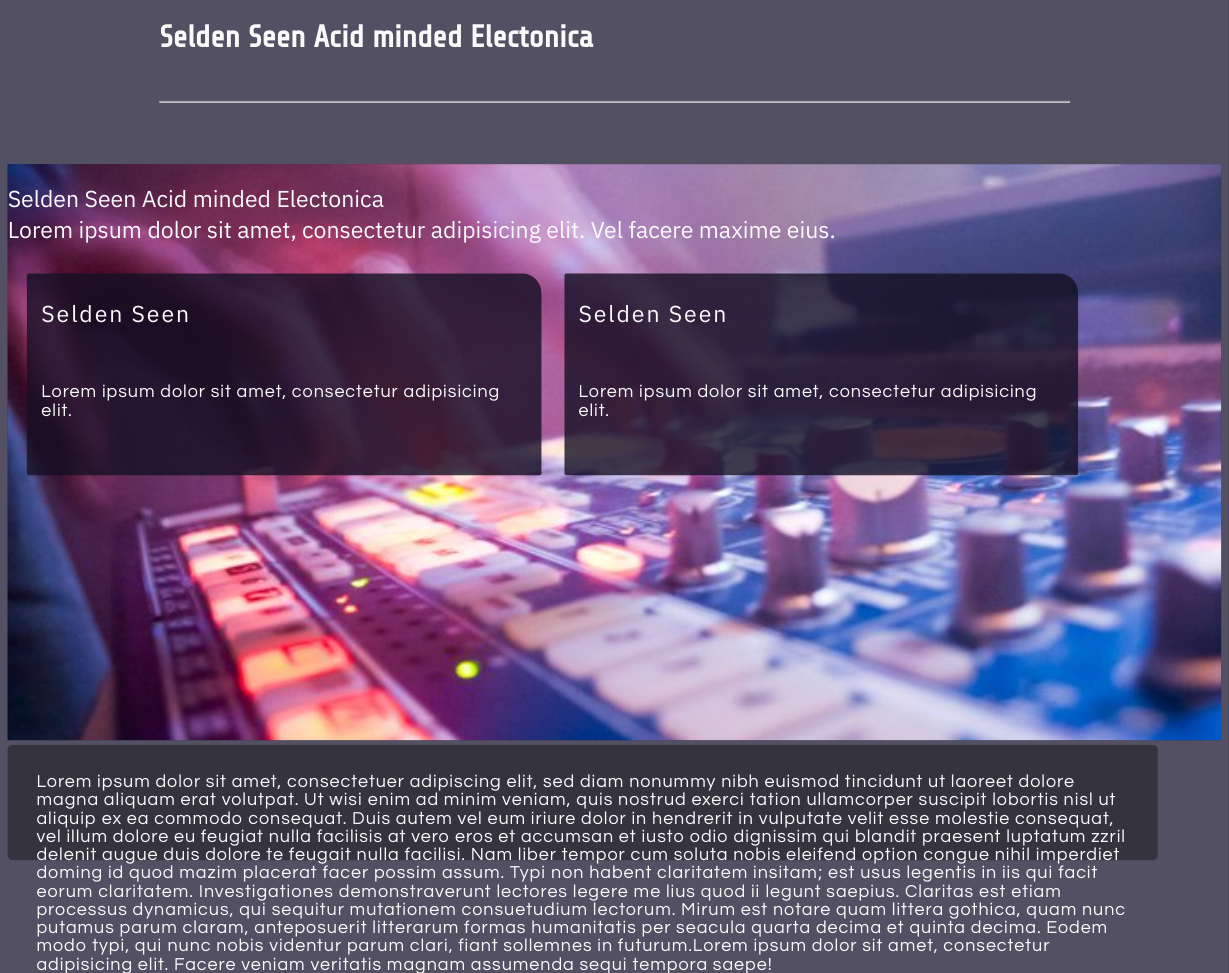
Repository: josvelema/milestone
Page: index.html
The author's editor kept a record of every edit. The page is drawn from the files as they stood at one moment, then again after the next edit.
The browser window is 1280 px wide. The pictures show the whole page, at 96% of full size.
Backgrounds fixed to the window are drawn as part of the page.

Above is the page before.

After the next edit:
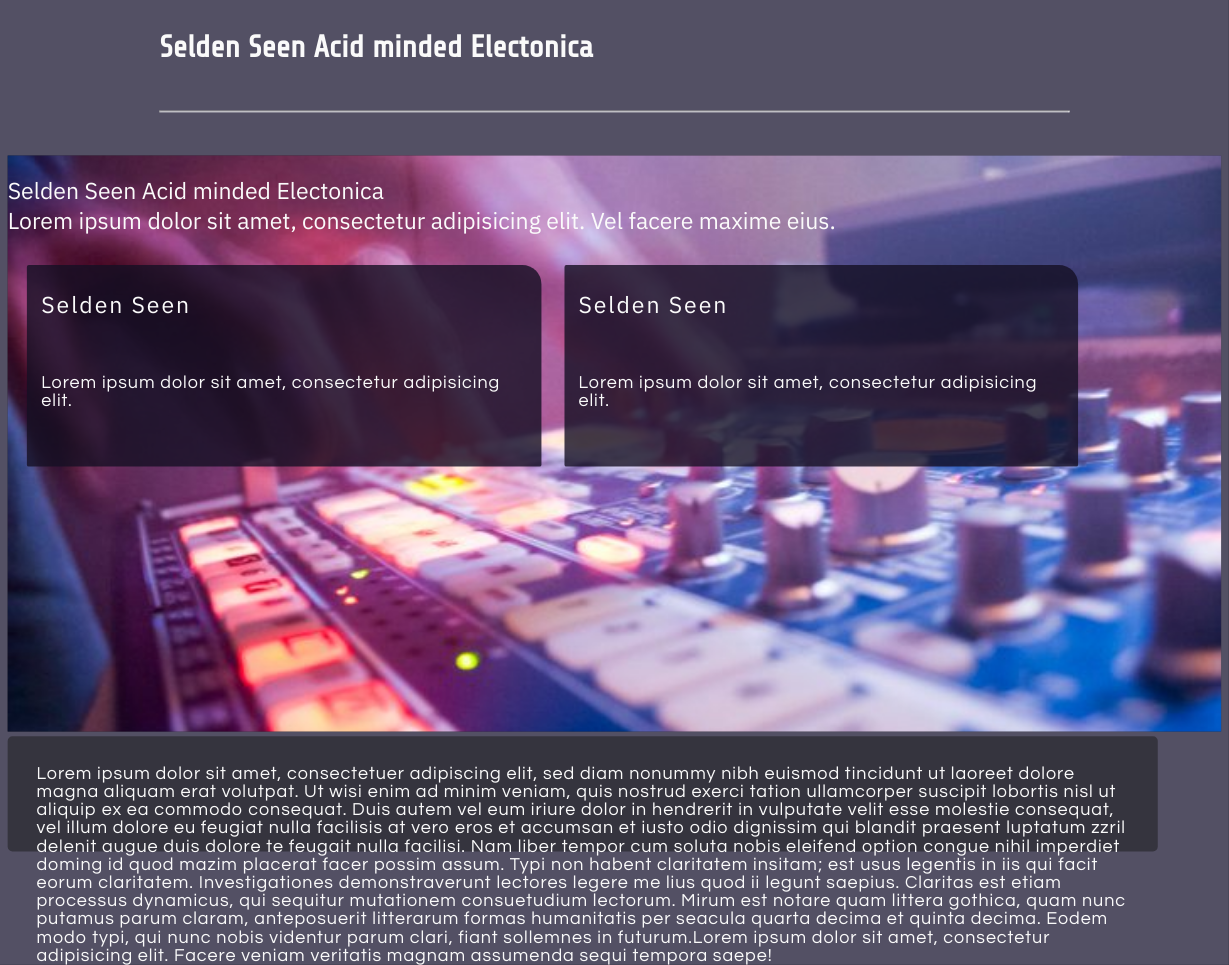
The edit:
--- a/CSS/style.css
+++ b/CSS/style.css
@@ -27,6 +27,7 @@
     height: 150px;
     color: #fafafa;
     margin: 0 auto;
+    padding: 2px 2px 2px 2px;
 }
 
 .hero-image {
